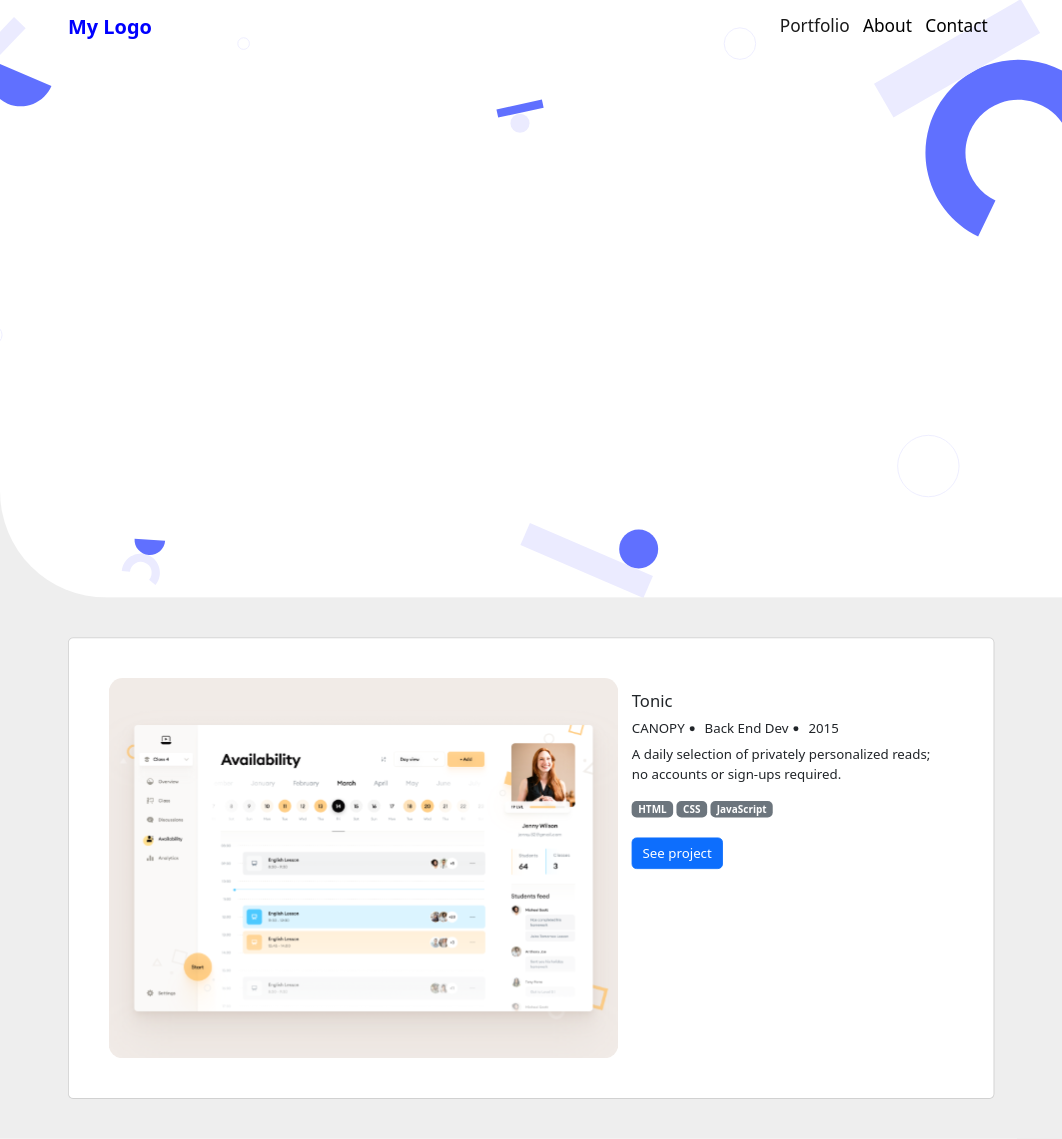
Repository: waelelsafty07/Bootstrap-Portfolio
Page: index.html
These files come from the project's save history. The page is drawn as it stood at one moment and after a run of saves; the edit follows.
The browser window is 1280 px wide. The pictures show the whole page, at 83% of full size.

Above is the page before, as saved 2023-04-04 16:56:18.

### index.html
<!DOCTYPE html>
<html lang="en">
<head>
    <meta charset="UTF-8">
    <meta http-equiv="X-UA-Compatible" content="IE=edge">
    <meta name="viewport" content="width=device-width, initial-scale=1.0">
    <title>Portfolio</title>
    <link rel="stylesheet" href="css/bootstrap.min.css"/>
    <link rel="stylesheet" href="styles.css"/>
</head>
<body>
    <header>
        <nav class="navbar navbar-expand-lg navbar-light">
            <div class="container">
              <a class="navbar-brand" href="#">My Logo</a>
              <button class="navbar-toggler" type="button" data-bs-toggle="collapse" data-bs-target="#navbarNav" aria-controls="navbarNav" aria-expanded="false" aria-label="Toggle navigation">
                <span class="navbar-toggler-icon"></span>
              </button>
              <div class="collapse navbar-collapse flex-row-reverse" id="navbarNav">
                <ul class="navbar-nav">
                  <li class="nav-item">
                    <a class="nav-link active" aria-current="page" href="#">Portfolio</a>
                  </li>
                  <li class="nav-item">
                    <a class="nav-link" href="#">About</a>
                  </li>
                  <li class="nav-item">
                    <a class="nav-link" href="#">Contact</a>
                  </li>
                </ul>
              </div>
            </div>
          </nav>
    </header>
    <main>
      <section id="works" class="works m-5">
        <div class="container">
          <div class="card flex-row p-5">
            <img src="images/Snapshoot Portfolio (1).svg" class="card-img-top" alt="...">
            <div class="card-body">
              <h5 class="card-title">Tonic</h5>
              <ul class="d-flex p-0 my-2">
                <li class="list-unstyled">CANOPY</li>
                <li class="ms-4">Back End Dev</li>
                <li class="ms-4">2015</li>
              </ul>
              <p class="card-text">A daily selection of privately personalized reads; no accounts or sign-ups required.</p>
              <ul class="list-unstyled mb-4">
                <li class="badge bg-secondary">HTML</li>
                <li class="badge bg-secondary">CSS</li>
                <li class="badge bg-secondary">JavaScript</li>
              </ul>
              <a href="#" class="btn btn-primary">See project</a>
            </div>
          </div>
        </div>
      </section>
    </main>

    <script src="js/bootstrap.bundle.min.js"></script>
</body>
</html>

### styles.css
body {
  background-color: #eee;
}
header {
  background-color: #fff;
  background-image: url("images/Header\ bg.svg");
  background-repeat: no-repeat;
  background-position: center;
  height: 100vh;
  border-bottom-left-radius: 8rem;
}
nav .navbar-brand {
  font-weight: bold;
  font-size: 1.5rem;
  color: blue;
}
nav .nav-link {
  font-weight: 500;
  font-size: 1.3rem;
  color: #000;
}

Loaded but not shown: css/bootstrap.min.css (library); js/bootstrap.bundle.min.js (library)

After the next 2 saves:
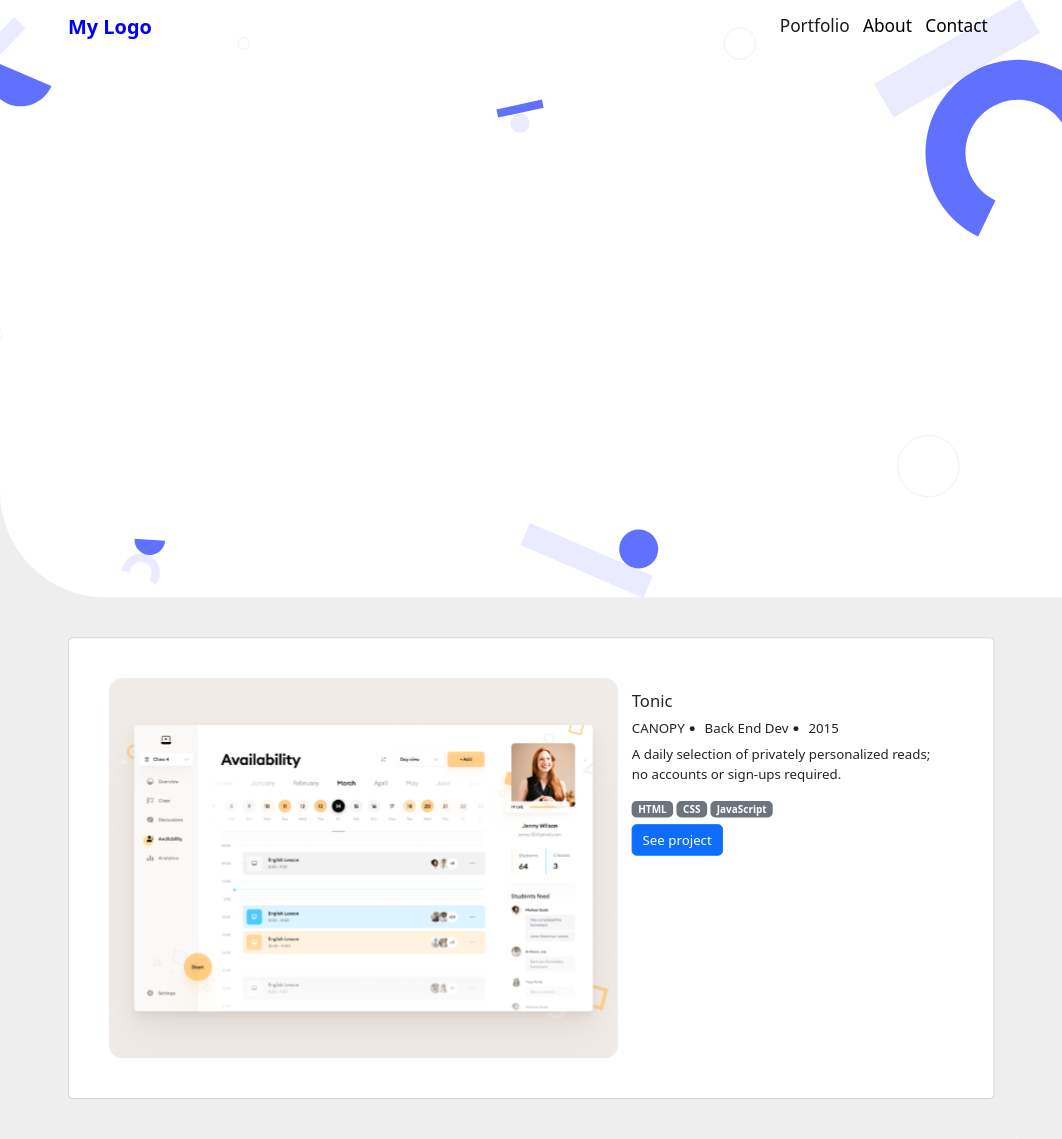
The 2 saves are shown as one change because they came seconds apart.
The last was saved 7 s later.
--- a/index.html
+++ b/index.html
@@ -45,7 +45,7 @@
                 <li class="ms-4">2015</li>
               </ul>
               <p class="card-text">A daily selection of privately personalized reads; no accounts or sign-ups required.</p>
-              <ul class="list-unstyled mb-4">
+              <ul class="list-unstyled my-2">
                 <li class="badge bg-secondary">HTML</li>
                 <li class="badge bg-secondary">CSS</li>
                 <li class="badge bg-secondary">JavaScript</li>

After the 4 saves that followed:
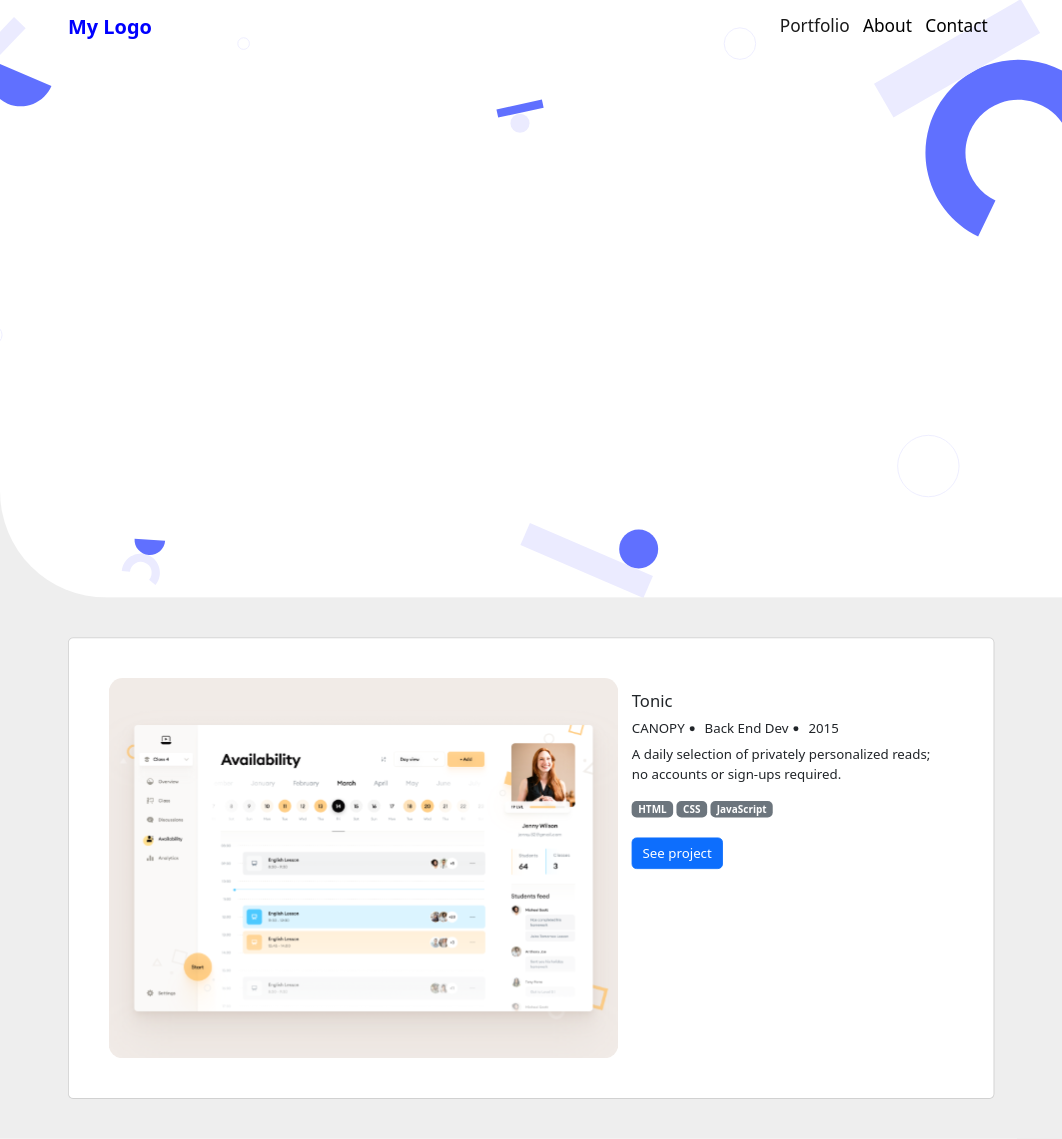
The 4 saves are shown as one change because they came seconds apart.
The last was saved 13 s later.
--- a/index.html
+++ b/index.html
@@ -50,7 +50,7 @@
                 <li class="badge bg-secondary">CSS</li>
                 <li class="badge bg-secondary">JavaScript</li>
               </ul>
-              <a href="#" class="btn btn-primary">See project</a>
+              <a href="#" class="btn btn-primary mt-3">See project</a>
             </div>
           </div>
         </div>
